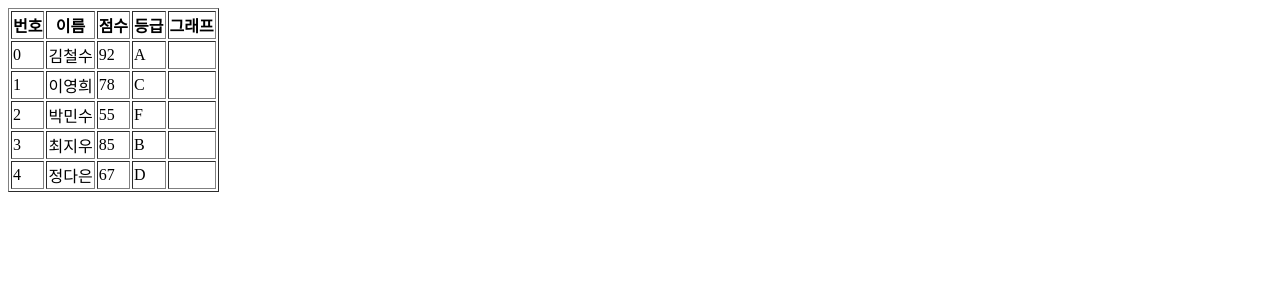
Repository: tldnwkd/jspclass2026
Page: http://localhost/chapter01/example_score.jsp
The author's editor kept a copy of each file at every save. The page is drawn from the files as they stood at one save, then again after the next save.
The browser window is 1280 px wide. The pictures show the whole page.
The page is served by Tomcat 9.

Above is the page before, as saved 2026-10-16 05:10:20.

After the next save:
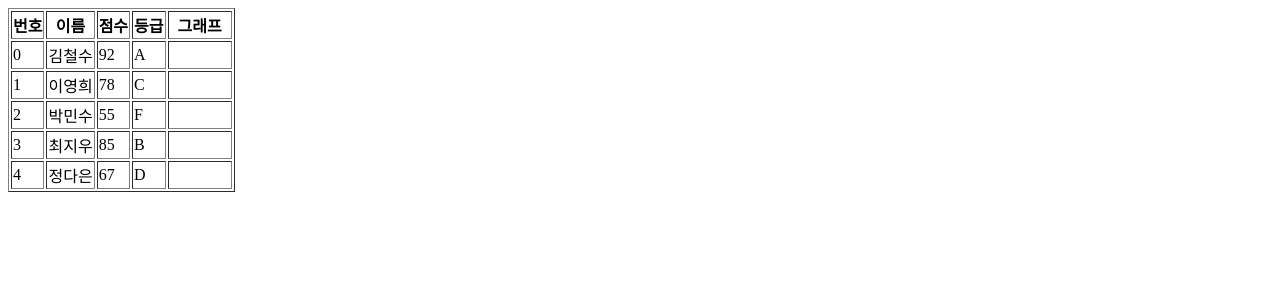
Saved 47 s later.
--- a/chapter01/src/main/webapp/example_score.jsp
+++ b/chapter01/src/main/webapp/example_score.jsp
@@ -36,7 +36,7 @@
 		<td><%=i%></td>
 		<td><%= names[i] %></td><td><%=scores[i]%></td>
 		<td><%= getGrade(scores[i]) %></td>
-		<td><div style.width = <%=scores[i] %>*3px;></div></td>
+		<td><div style="width:60px"></div></td>
 		</tr>
 	<%} %>
 	</table>
